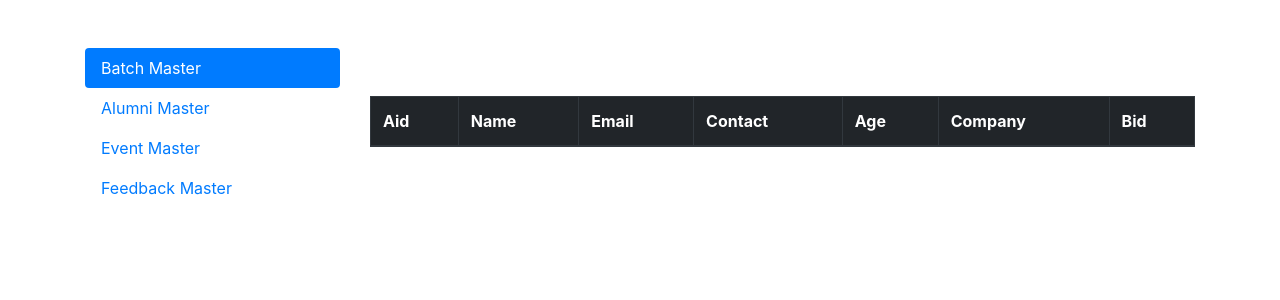
Repository: Shreyash1107/Web_Projects
Page: http://localhost/AlumnieventmanagementApplication/Viewalumni.jsp
The author's editor kept a copy of each file at every save. The page is drawn from the files as they stood at one save, then again after the next save.
The browser window is 1280 px wide. The pictures show the whole page.
The page is served by Tomcat 9. Nobody is signed in. The application's start-up code is not run. Queries for data that is not in the repository find no rows.

Above is the page before, as saved 2024-07-30 07:11:19.

After the next save:
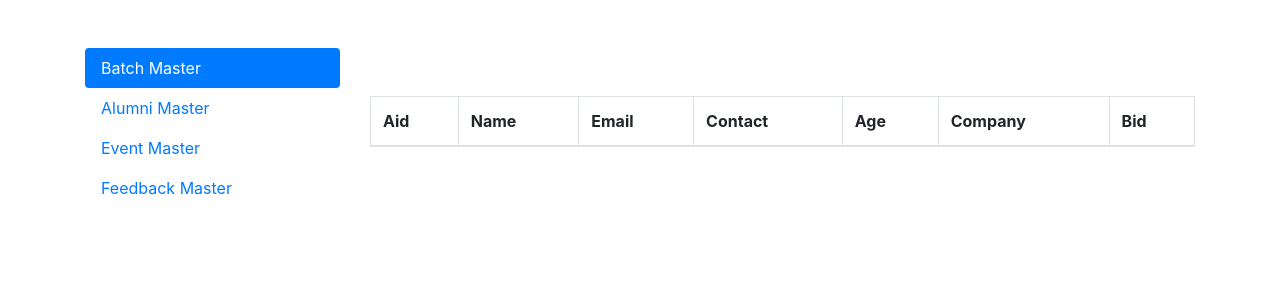
Saved 31 s later.
--- a/AlumnieventmanagementApplication/src/main/webapp/Viewalumni.jsp
+++ b/AlumnieventmanagementApplication/src/main/webapp/Viewalumni.jsp
@@ -40,7 +40,7 @@
 						role="tabpanel" aria-labelledby="v-pills-home-tab">
 						<div class="form-container mt-5">
 							<table class="table table-bordered">
-								<thead class="thead-dark">
+								<thead>
 									<tr>
 										<th scope="col">Aid</th>
 										<th scope="col">Name</th>
